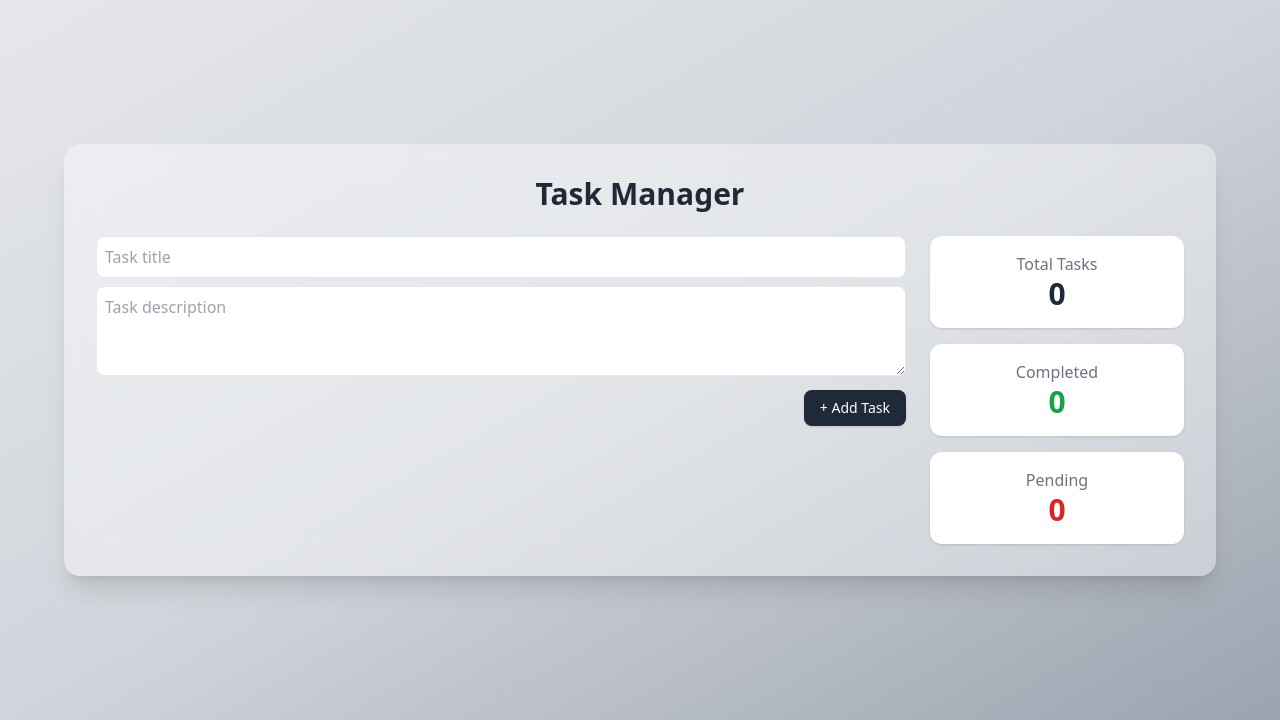
Repository: Meenakshi-commits/mern-task-manager
Page: / (app in client/)
The author's editor kept a copy of each file at every save. The page is drawn from the files as they stood at one save, then again after the next save.
The browser window is 1280 px wide. The pictures show the whole page.
The page's requests for data from a server got no answer. The project was rebuilt for these pictures with package versions that can differ from the ones it lists, and the page was loaded fresh each time. No one was signed in, and anything a server would have sent is missing. Also part of the build but not shown: client/vite.config.js, client/src/components/TaskItem.jsx.

Above is the page before, as saved 2026-01-08 12:27:09.

After the next save:
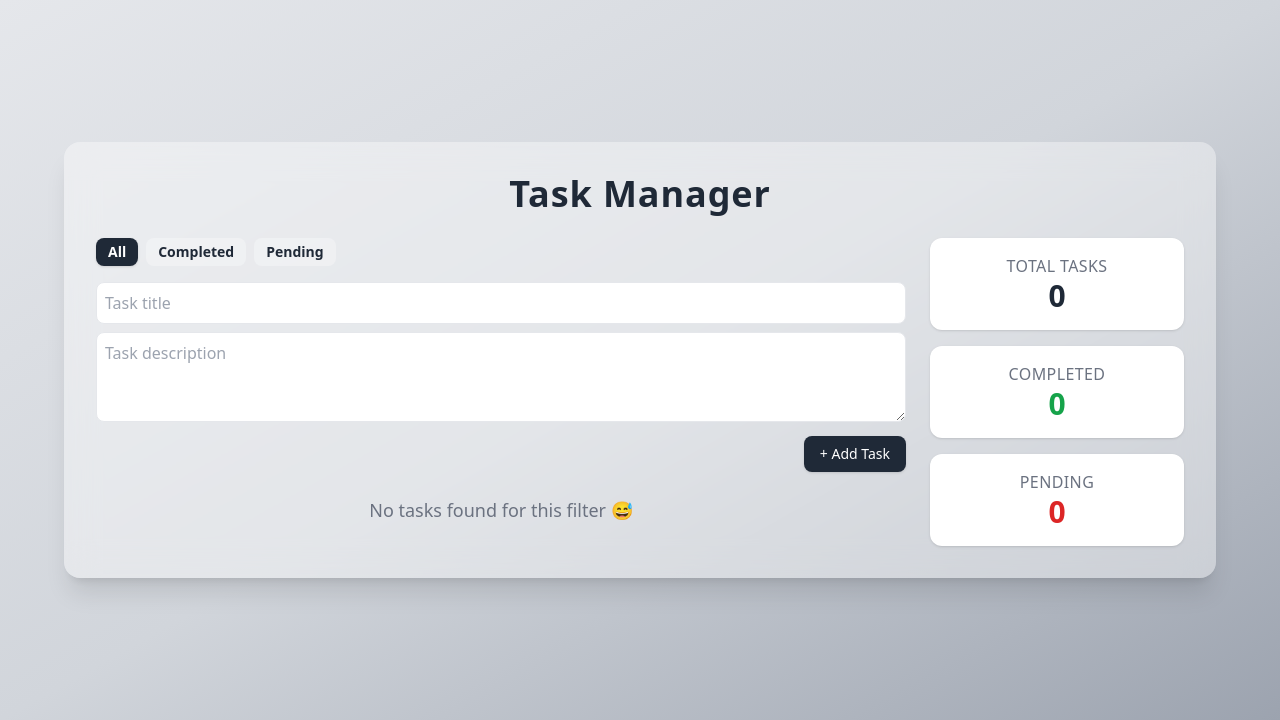
Saved 2 min 36 s later.
--- a/client/src/App.jsx
+++ b/client/src/App.jsx
@@ -1,70 +1,111 @@
 import { useEffect, useState } from "react";
-import api from "./services/api";
 import TaskForm from "./components/TaskForm";
 import TaskList from "./components/TaskList";
+import api from "./services/api";
 
 export default function App() {
   const [tasks, setTasks] = useState([]);
+  const [completed, setCompleted] = useState(0);
+  const [pending, setPending] = useState(0);
+  const [filter, setFilter] = useState("all"); // all, completed, pending
 
   const fetchTasks = async () => {
-    const res = await api.get("/tasks");
-    setTasks(res.data);
+    try {
+      const res = await api.get("/tasks");
+      setTasks(res.data);
+
+      const completedCount = res.data.filter((t) => t.completed).length;
+      setCompleted(completedCount);
+      setPending(res.data.length - completedCount);
+    } catch (err) {
+      console.error("Error fetching tasks:", err);
+    }
   };
 
   useEffect(() => {
     fetchTasks();
   }, []);
 
-  const completed = tasks.filter((t) => t.completed).length;
-  const pending = tasks.length - completed;
-return (
-  <div className="min-h-screen bg-gradient-to-br from-gray-200 via-gray-300 to-gray-400 p-6 flex items-center">
-    <div className="w-full max-w-6xl mx-auto bg-white/40 backdrop-blur-lg rounded-2xl shadow-xl p-8">
+  // Filter tasks based on filter state
+  const filteredTasks = tasks.filter((task) => {
+    if (filter === "completed") return task.completed;
+    if (filter === "pending") return !task.completed;
+    return true; // all
+  });
 
-      <h1 className="text-3xl font-bold text-gray-800 mb-6 text-center">
-        Task Manager
-      </h1>
+  return (
+    <div className="min-h-screen bg-gradient-to-br from-gray-200 via-gray-300 to-gray-400 p-6 flex items-center font-sans">
+      <div className="w-full max-w-6xl mx-auto bg-white/40 backdrop-blur-lg rounded-2xl shadow-xl p-8">
 
-      {/* INNER LAYOUT */}
-      <div className="grid grid-cols-1 md:grid-cols-4 gap-6">
+        <h1 className="text-4xl font-extrabold text-gray-800 mb-6 text-center tracking-wide">
+          Task Manager
+        </h1>
 
-        {/* LEFT BIG SECTION */}
-        <div className="md:col-span-3">
-          <TaskForm fetchTasks={fetchTasks} />
-          <TaskList tasks={tasks} fetchTasks={fetchTasks} />
-        </div>
+        {/* INNER GRID */}
+        <div className="grid grid-cols-1 md:grid-cols-4 gap-6">
 
-        {/* RIGHT SUMMARY (VERTICALLY CENTERED) */}
-        <div className="flex items-center">
-          <div className="w-full space-y-4">
+          {/* LEFT BIG SECTION */}
+          <div className="md:col-span-3">
 
-            <div className="bg-white rounded-xl p-4 shadow text-center">
-              <p className="text-gray-500">Total Tasks</p>
-              <p className="text-3xl font-bold text-gray-800">
-                {tasks.length}
-              </p>
+            {/* Filter Buttons */}
+            <div className="flex gap-2 mb-4 justify-start">
+              {["all", "completed", "pending"].map((f) => (
+                <button
+                  key={f}
+                  onClick={() => setFilter(f)}
+                  className={`
+                    px-3 py-1 rounded-lg font-semibold text-sm
+                    transition duration-200
+                    ${
+                      filter === f
+                        ? "bg-gray-800 text-white shadow"
+                        : "bg-white/30 text-gray-800 hover:bg-white/50"
+                    }
+                  `}
+                >
+                  {f.charAt(0).toUpperCase() + f.slice(1)}
+                </button>
+              ))}
             </div>
 
-            <div className="bg-white rounded-xl p-4 shadow text-center">
-              <p className="text-gray-500">Completed</p>
-              <p className="text-3xl font-bold text-green-600">
-                {completed}
+            {/* Task Form */}
+            <TaskForm fetchTasks={fetchTasks} />
+
+            {/* Task List */}
+            {filteredTasks.length > 0 ? (
+              <div className="space-y-3 transition-all duration-300">
+                <TaskList tasks={filteredTasks} fetchTasks={fetchTasks} />
+              </div>
+            ) : (
+              <p className="text-center text-gray-500 text-lg mt-6">
+                No tasks found for this filter 😅
               </p>
-            </div>
-
-            <div className="bg-white rounded-xl p-4 shadow text-center">
-              <p className="text-gray-500">Pending</p>
-              <p className="text-3xl font-bold text-red-600">
-                {pending}
-              </p>
-            </div>
+            )}
 
           </div>
+
+          {/* RIGHT SUMMARY (VERTICALLY CENTERED) */}
+          <div className="flex items-center">
+            <div className="w-full space-y-4">
+              <div className="bg-white rounded-xl p-4 shadow text-center">
+                <p className="text-gray-500 uppercase tracking-wide">Total Tasks</p>
+                <p className="text-3xl font-bold text-gray-800">{tasks.length}</p>
+              </div>
+
+              <div className="bg-white rounded-xl p-4 shadow text-center">
+                <p className="text-gray-500 uppercase tracking-wide">Completed</p>
+                <p className="text-3xl font-bold text-green-600">{completed}</p>
+              </div>
+
+              <div className="bg-white rounded-xl p-4 shadow text-center">
+                <p className="text-gray-500 uppercase tracking-wide">Pending</p>
+                <p className="text-3xl font-bold text-red-600">{pending}</p>
+              </div>
+            </div>
+          </div>
+
         </div>
-
       </div>
     </div>
-  </div>
-);
-
+  );
 }
